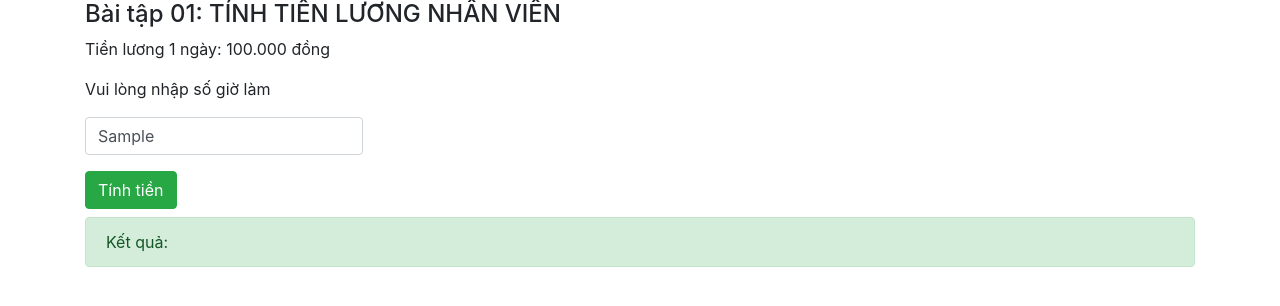
Repository: ducdatit2002/javascript-tinh-day13
Page: index.html
An editor plug-in stored every save of this project. The page is shown before and after a run of saves, followed by the edit.
The browser window is 1280 px wide. The pictures show the whole page.
Empty fields were first filled with sample values (such as "Sample", 5 or name@example.com).
After loading, the first visible `#btnTinhTien` was clicked once.

Above is the page before, as saved 2023-08-13 23:54:12.
Console error: TypeError: Cannot read properties of null (reading 'value')

### index.html
<!DOCTYPE html>
<html lang="en">
  <head>
    <title>Bài tập JS Buổi 13</title>
    <!-- Required meta tags -->
    <meta charset="utf-8" />
    <meta
      name="viewport"
      content="width=device-width, initial-scale=1, shrink-to-fit=no"
    />

    <!-- Bootstrap CSS -->
    <link
      rel="stylesheet"
      href="https://stackpath.bootstrapcdn.com/bootstrap/4.3.1/css/bootstrap.min.css"
      integrity="sha384-ggOyR0iXCbMQv3Xipma34MD+dH/1fQ784/j6cY/iJTQUOhcWr7x9JvoRxT2MZw1T"
      crossorigin="anonymous"
    />
  </head>
  <body>
    <div class="container">
      <!-- Bài 1: TÍNH TIỀN LƯƠNG NHÂN VIÊN -->
      <div class="form-group">
        <h4>Bài tập 01: TÍNH TIỀN LƯƠNG NHÂN VIÊN</h4>
        <div class="form-group">
          <p>Tiền lương 1 ngày: 100.000 đồng</p>
        </div>
        <div class="form-group">
          <p>Vui lòng nhập số giờ làm</p>
          <input id="soGioLam" class="form-control w-25" />
        </div>
        <button
          onclick="tinhTongLuong()"
          id="btnTinhTien"
          class="btn btn-success"
        >
          Tính tiền
        </button>
        <div class="mt-2 alert alert-success">
          Kết quả: <span id="tongLuong"></span>
        </div>
      </div>
    </div>

    <!-- Optional JavaScript -->
    <!-- jQuery first, then Popper.js, then Bootstrap JS -->
    <script
      src="https://code.jquery.com/jquery-3.3.1.slim.min.js"
      integrity="sha384-q8i/X+965DzO0rT7abK41JStQIAqVgRVzpbzo5smXKp4YfRvH+8abtTE1Pi6jizo"
      crossorigin="anonymous"
    ></script>
    <script
      src="https://cdnjs.cloudflare.com/ajax/libs/popper.js/1.14.7/umd/popper.min.js"
      integrity="sha384-UO2eT0CpHqdSJQ6hJty5KVphtPhzWj9WO1clHTMGa3JDZwrnQq4sF86dIHNDz0W1"
      crossorigin="anonymous"
    ></script>
    <script
      src="https://stackpath.bootstrapcdn.com/bootstrap/4.3.1/js/bootstrap.min.js"
      integrity="sha384-JjSmVgyd0p3pXB1rRibZUAYoIIy6OrQ6VrjIEaFf/nJGzIxFDsf4x0xIM+B07jRM"
      crossorigin="anonymous"
    ></script>
    <script src="./index.js"></script>
  </body>
</html>

### index.js
// BÀI 1: TÍNH TIỀN LƯƠNG NHÂN VIÊN
function tinhTongLuong() {
  //input: tienluong1h, so gio lam:number
  var tienLuong = document.getElementById("tienLuong1h").value;
  var soGioLam = document.getElementById("soGioLam").value;
  //Kiểm tra input
  // console.log(tienLuong);
  // console.log(soGioLam);

  let tongLuong = 0;

  //progress
  tongLuong = tienLuong * soGioLam;

  document.getElementById("tongLuong").innerHTML = tongLuong.toLocaleString();
}

After the next 4 saves:
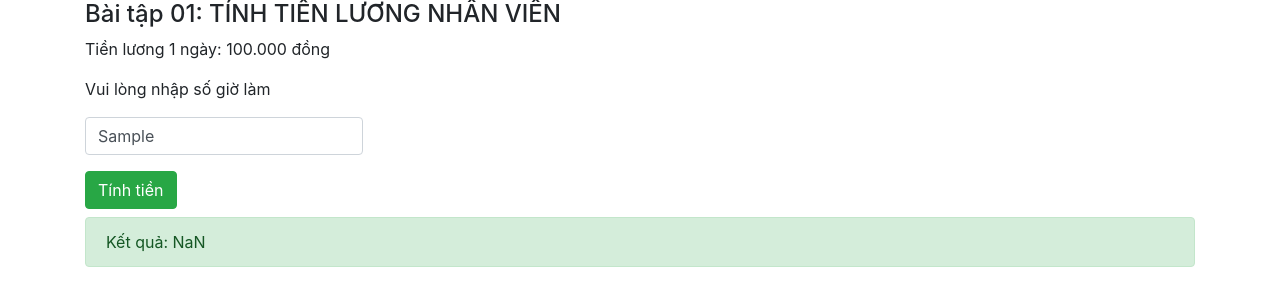
The error is gone.
The 4 saves are shown as one change because they came seconds apart.
The last was saved 32 s later.
--- a/index.js
+++ b/index.js
@@ -1,7 +1,7 @@
 // BÀI 1: TÍNH TIỀN LƯƠNG NHÂN VIÊN
 function tinhTongLuong() {
   //input: tienluong1h, so gio lam:number
-  var tienLuong = document.getElementById("tienLuong1h").value;
+  var tienLuong = 100
   var soGioLam = document.getElementById("soGioLam").value;
   //Kiểm tra input
   // console.log(tienLuong);
